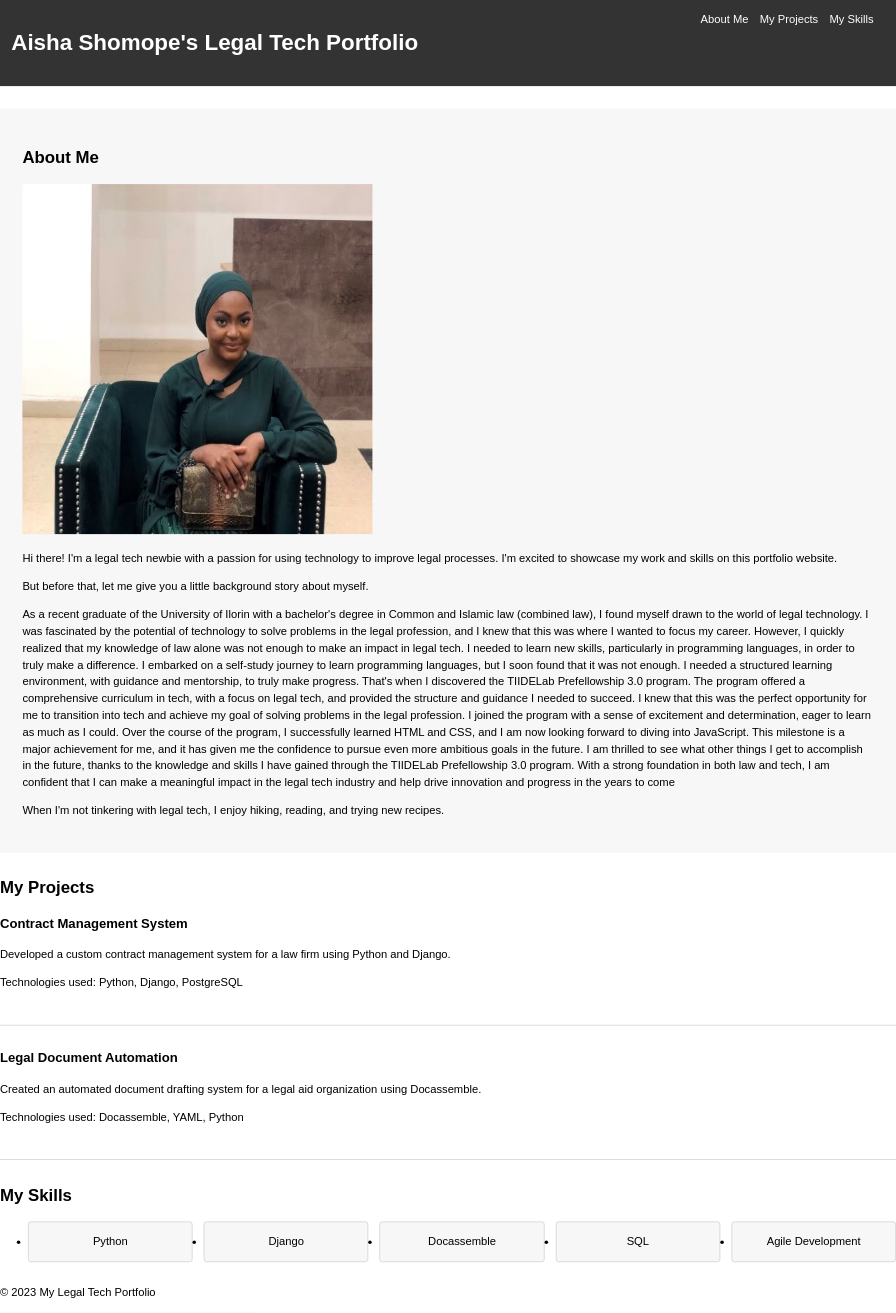
Repository: Iyewande/AishasPortfolio
Page: Index.html
An editor plug-in stored every save of this project. The page is shown before and after the next save, followed by the edit.
The browser window is 1280 px wide. The pictures show the whole page, at 70% of full size.

Above is the page before, as saved 2023-04-30 18:38:48.

### Index.html
<!DOCTYPE html>
<html lang="en">
    <head>
        <meta charset="UTF-8">
        <meta http-equiv="X-UA-Compatible" content="IE=edge">
        <meta name="viewport" content="width=device-width, initial-scale=1.0">
        <title>My Legal Tech Portfolio</title>
        <link rel="stylesheet" href="Style.css">
    </head>
    <body>
        <!-- This HTML code creates a simple portfolio website with three main sections: About Me, My Projects, and My Skills.
            The navigation menu allows visitors to easily navigate between the sections of the website. The CSS styling for
            this website is located in a separate style.css file. -->
        <header>
            <h1> Aisha Shomope's Legal Tech Portfolio </h1>
            <nav>
                <ul>
                    <li><a href="#about">About Me</a></li>
                    <li><a href="#projects">My Projects</a></li>
                    <li><a href="#skills">My Skills</a></li>
                  </ul>
            </nav>
        </header>
        <main>
            <section id="about">
                <h2>About Me</h2>
                <img src="E17CF07F-F5B1-4C94-9C3E-8D25C5FEC29B.jpg" alt="A picture of me" height="500" width="500">
                <p>Hi there! I'm a legal tech newbie with a passion for using technology to improve legal processes. I'm excited to
                    showcase my work and skills on this portfolio website.</p>
                <p> But before that, let me give you a little background story about myself. </p>
                <article>As a recent graduate of the University of Ilorin with a bachelor's degree in Common and Islamic law (combined law), I found myself drawn to the world of legal technology. I was fascinated by the potential of technology to solve problems in the legal profession, and I knew that this was where I wanted to focus my career.
                    However, I quickly realized that my knowledge of law alone was not enough to make an impact in legal tech. I needed to learn new skills, particularly in programming languages, in order to truly make a difference. I embarked on a self-study journey to learn programming languages, but I soon found that it was not enough. I needed a structured learning environment, with guidance and mentorship, to truly make progress.
                    That's when I discovered the TIIDELab Prefellowship 3.0 program. The program offered a comprehensive curriculum in tech, with a focus on legal tech, and provided the structure and guidance I needed to succeed. I knew that this was the perfect opportunity for me to transition into tech and achieve my goal of solving problems in the legal profession.
                    I joined the program with a sense of excitement and determination, eager to learn as much as I could. Over the course of the program, I successfully learned HTML and CSS, and I am now looking forward to diving into JavaScript. This milestone is a major achievement for me, and it has given me the confidence to pursue even more ambitious goals in the future.
                    I am thrilled to see what other things I get to accomplish in the future, thanks to the knowledge and skills I have gained through the TIIDELab Prefellowship 3.0 program. With a strong foundation in both law and tech, I am confident that I can make a meaningful impact in the legal tech industry and help drive innovation and progress in the years to come</article>
                <p>When I'm not tinkering with legal tech, I enjoy hiking, reading, and trying new recipes.</p>
              </section>

              <section id="projects">
                <h2>My Projects</h2>
                <ul>
                  <li>
                    <h3>Contract Management System</h3>
                    <p>Developed a custom contract management system for a law firm using Python and Django.</p>
                    <p>Technologies used: Python, Django, PostgreSQL</p>
                  </li>
                  <li>
                    <h3>Legal Document Automation</h3>
                    <p>Created an automated document drafting system for a legal aid organization using Docassemble.</p>
                    <p>Technologies used: Docassemble, YAML, Python</p>
                  </li>
                </ul>
              </section>

              <section id="skills">
                <h2>My Skills</h2>
                <ul>
                  <li>Python</li>
                  <li>Django</li>
                  <li>Docassemble</li>
                  <li>SQL</li>
                  <li>Agile Development</li>
                </ul>
              </section>

        </main>
        <footer>
            <p>&copy; 2023 My Legal Tech Portfolio</p>
        </footer>
    </body>
</html>

### Style.css
/* Global styles */
/* This CSS file defines styles for the entire website, as well as specific styles for the different sections of the website.
For example, the header element has a dark background color and white text color, while the #skills section uses a grid layout
to display a list of skills. These styles are used to enhance the design and usability of the website.*/

body {
    font-family: Arial, sans-serif;
    font-size: 16px;
    line-height: 1.5;
    margin: 0;
    padding: 0;
  }

  h1, h2, h3 {
    font-family: 'Montserrat', sans-serif;
  }

  header {
    background-color: #333;
    color: #fff;
    display: flex;
    justify-content: space-between;
    padding: 1em;
  }

  nav ul {
    display: flex;
    list-style: none;
    margin: 0;
    padding: 0;
  }

  nav ul li {
    margin-right: 1em;
  }

  nav ul li a {
    color: #fff;
    text-decoration: none;
  }

  nav ul li a:hover {
    text-decoration: underline;
  }

  section {
    margin: 2em 0;
  }

  /* Specific styles */

  #about {
    background-color: #f7f7f7;
    padding: 2em;
  }

  #about p {
    margin-bottom: 1em;
  }

  #projects ul {
    list-style: none;
    margin: 0;
    padding: 0;
  }

  #projects li {
    border-bottom: 1px solid #ccc;
    margin-bottom: 2em;
    padding-bottom: 2em;
  }

  #projects h3 {
    margin-top: 0;
  }

  #projects p {
    margin-bottom: 1em;
  }

  #skills ul {
    display: grid;
    grid-template-columns: repeat(auto-fit, minmax(120px, 1fr));
    grid-gap: 1em;
  }

  #skills li {
    background-color: #f7f7f7;
    border: 1px solid #ccc;
    border-radius: 4px;
    padding: 1em;
    text-align: center;
  }

After the next save:
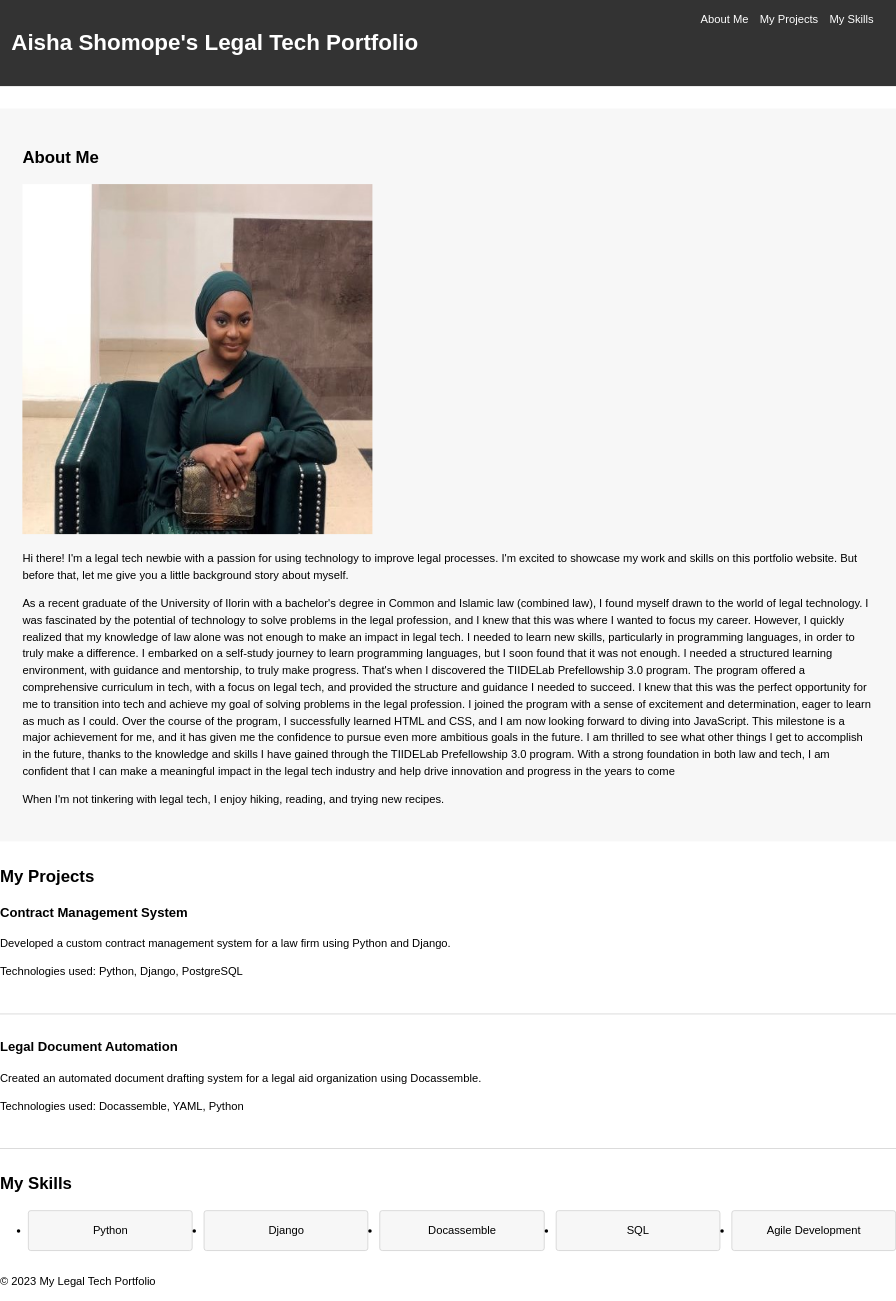
Saved 2 min 31 s later.
--- a/Index.html
+++ b/Index.html
@@ -26,9 +26,9 @@
                 <h2>About Me</h2>
                 <img src="E17CF07F-F5B1-4C94-9C3E-8D25C5FEC29B.jpg" alt="A picture of me" height="500" width="500">
                 <p>Hi there! I'm a legal tech newbie with a passion for using technology to improve legal processes. I'm excited to
-                    showcase my work and skills on this portfolio website.</p>
-                <p> But before that, let me give you a little background story about myself. </p>
-                <article>As a recent graduate of the University of Ilorin with a bachelor's degree in Common and Islamic law (combined law), I found myself drawn to the world of legal technology. I was fascinated by the potential of technology to solve problems in the legal profession, and I knew that this was where I wanted to focus my career.
+                    showcase my work and skills on this portfolio website. But before that, let me give you a little background story about myself.</p>
+                <article>
+                    As a recent graduate of the University of Ilorin with a bachelor's degree in Common and Islamic law (combined law), I found myself drawn to the world of legal technology. I was fascinated by the potential of technology to solve problems in the legal profession, and I knew that this was where I wanted to focus my career.
                     However, I quickly realized that my knowledge of law alone was not enough to make an impact in legal tech. I needed to learn new skills, particularly in programming languages, in order to truly make a difference. I embarked on a self-study journey to learn programming languages, but I soon found that it was not enough. I needed a structured learning environment, with guidance and mentorship, to truly make progress.
                     That's when I discovered the TIIDELab Prefellowship 3.0 program. The program offered a comprehensive curriculum in tech, with a focus on legal tech, and provided the structure and guidance I needed to succeed. I knew that this was the perfect opportunity for me to transition into tech and achieve my goal of solving problems in the legal profession.
                     I joined the program with a sense of excitement and determination, eager to learn as much as I could. Over the course of the program, I successfully learned HTML and CSS, and I am now looking forward to diving into JavaScript. This milestone is a major achievement for me, and it has given me the confidence to pursue even more ambitious goals in the future.
